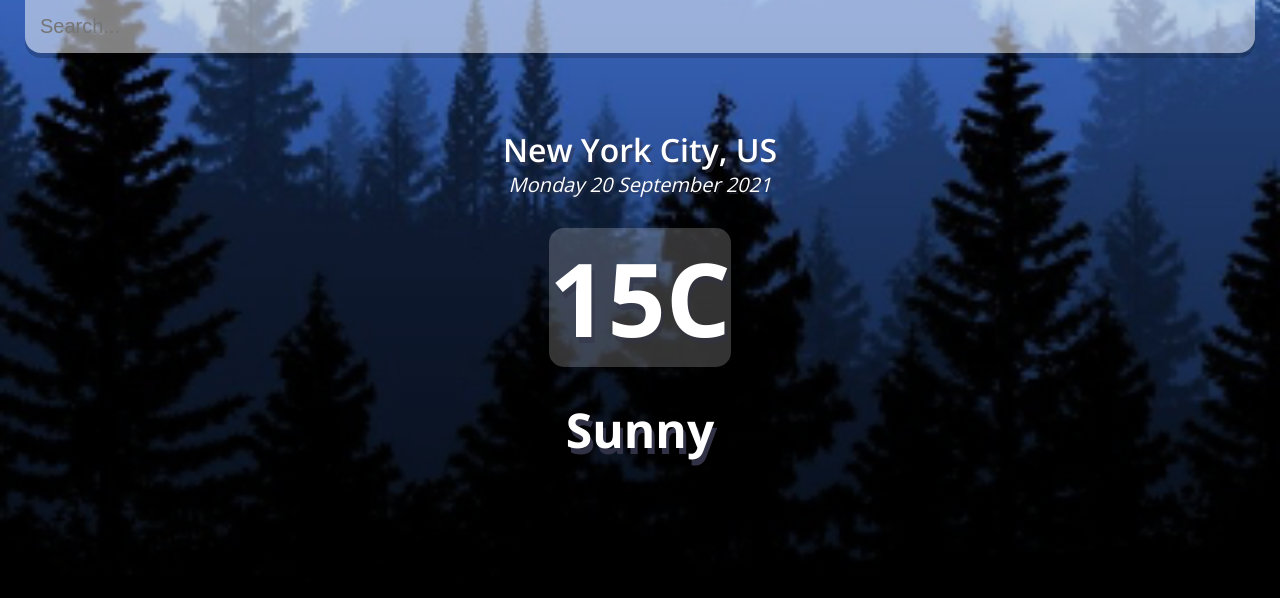
Repository: kate30980/weather-app-reactjs
Page: /
The author's editor kept a copy of each file at every save. The page is drawn from the files as they stood at one save, then again after a run of saves.
The browser window is 1280 px wide. The pictures show the whole page.
The project was rebuilt for these pictures with package versions that can differ from the ones it lists, and the page was loaded fresh each time. Also part of the build but not shown: src/App.css.

Above is the page before, as saved 2021-09-20 15:53:37.

After the next 2 saves:
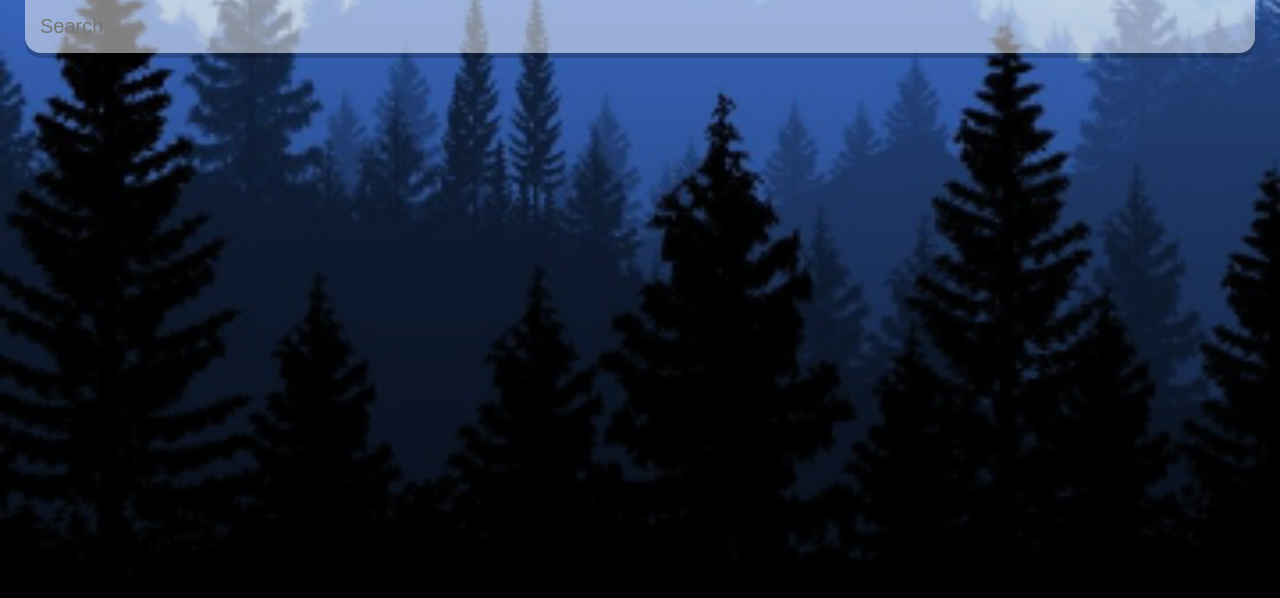
The 2 saves are shown as one change because 1 did not build or start.
The last was saved 5 min 36 s later.
--- a/src/App.js
+++ b/src/App.js
@@ -65,14 +65,22 @@ function App() {
             onKeyPress={search}
           />
         </div>
-        <div className="location-box">
-          <div className="location">New York City, US</div>
-          <div className="date">{dateBuilder(new Date())}</div>
-        </div>
-        <div className="weather-box">
-          <div className="temp">15C</div>
-          <div className="weather">Sunny</div>
-        </div>
+        {typeof weather.main != "undefined" ? (
+          <div>
+            <div className="location-box">
+              <div className="location">
+                {weather.name}, {weather.sys.country}
+              </div>
+              <div className="date">{dateBuilder(new Date())}</div>
+            </div>
+            <div className="weather-box">
+              <div className="temp">15C</div>
+              <div className="weather">Sunny</div>
+            </div>
+          </div>
+        ) : (
+          ""
+        )}
       </main>
     </div>
   );
